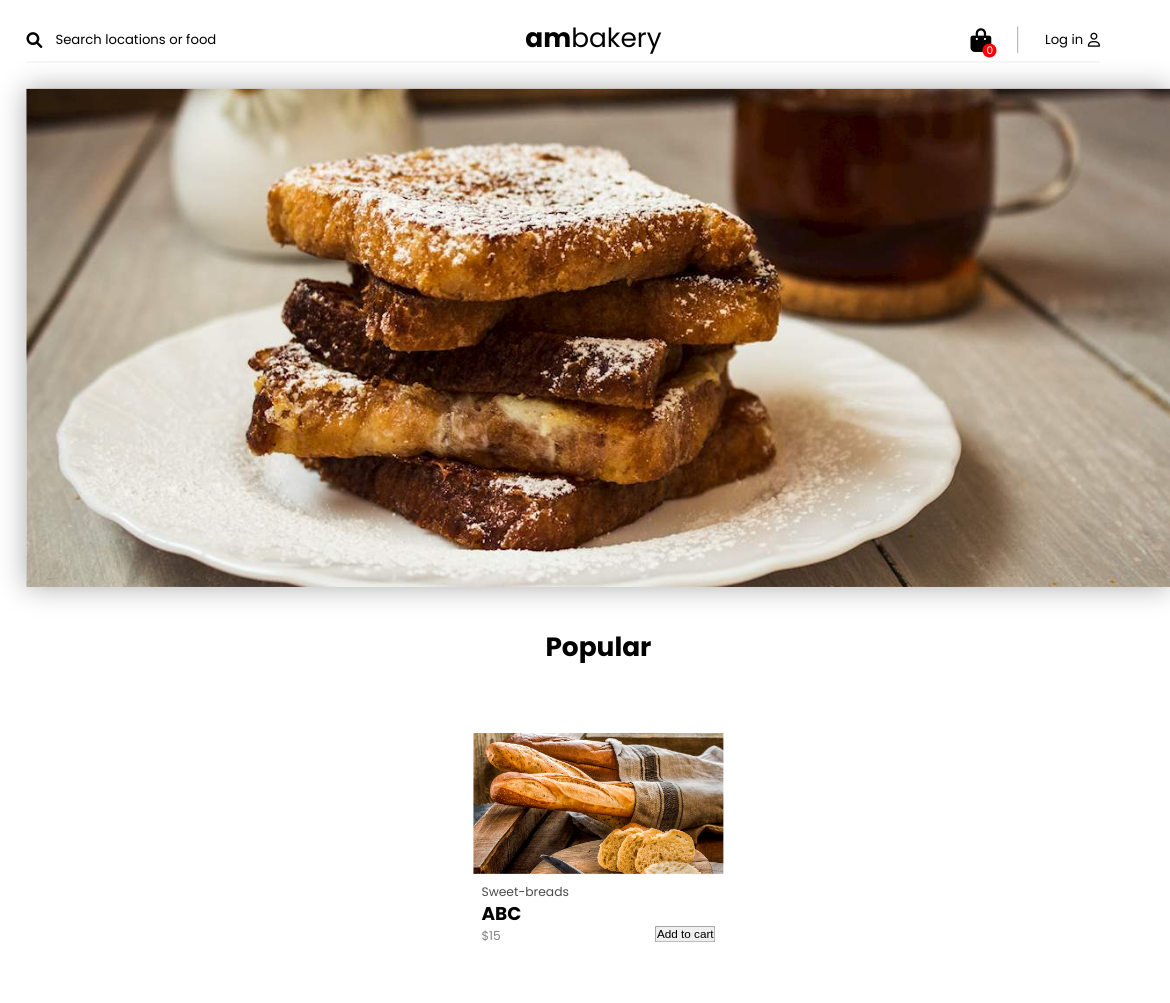
Repository: ntsanq/AmBakery
Page: khachhang/index.html
An editor plug-in stored every save of this project. The page is shown before and after the next save, followed by the edit.
The browser window is 1280 px wide. The page is 1330 px wide, so the pictures cover 1330 px, including what lies to the right of the window. The pictures show the whole page, at 88% of full size.

Above is the page before, as saved 2021-12-11 15:34:56.

After the next save:
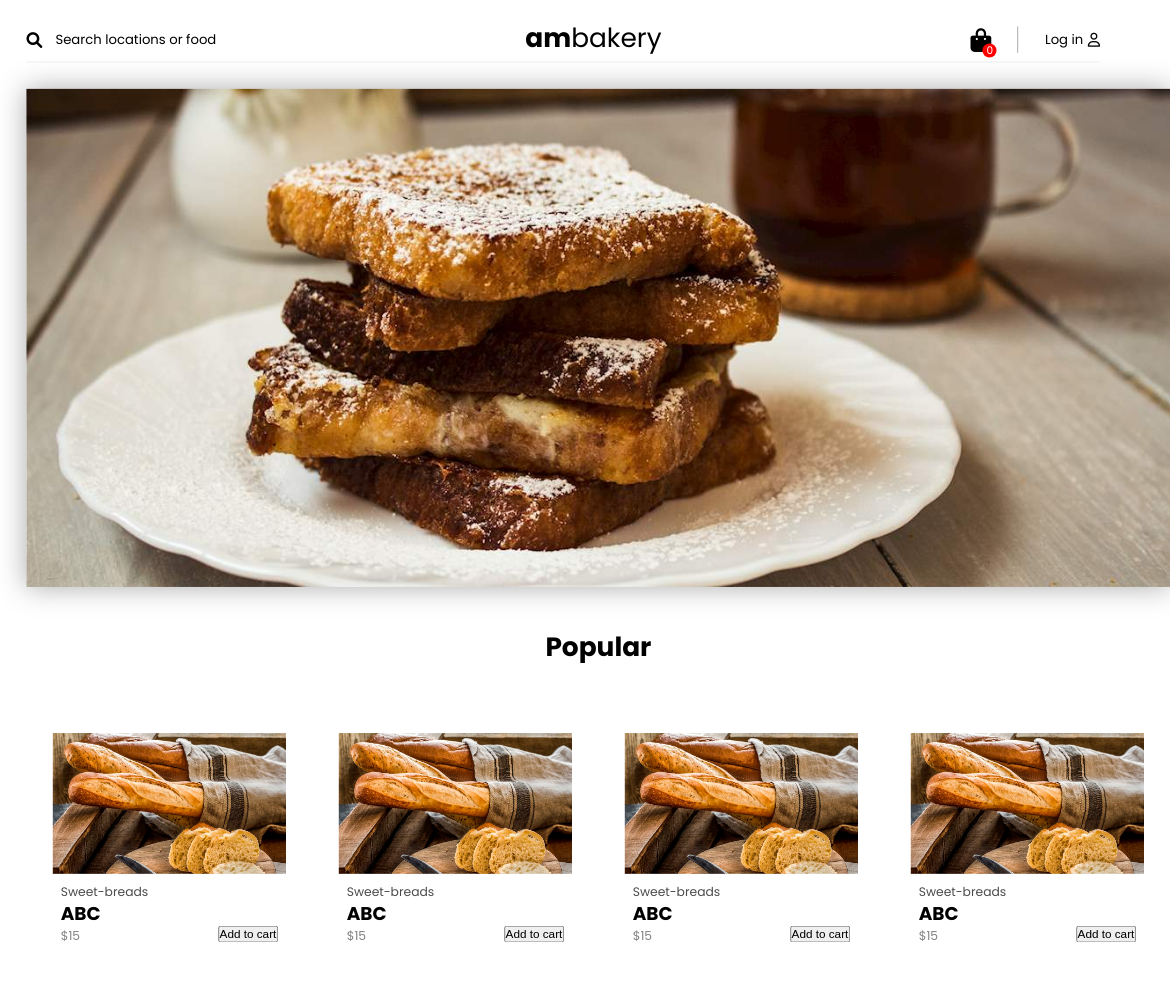
Saved 29 s later.
--- a/khachhang/index.html
+++ b/khachhang/index.html
@@ -79,6 +79,84 @@
                 </div>
               </div>
             </div>
+            <div class="product__card">
+              <div class="product__card--body">
+                <div class="product__photo">
+                  <a href="#">
+                    <img src="img/product-1.jpg" alt="">
+                  </a>
+                </div>
+                <div class="product__info">
+                  <div class="product__info--text">
+                    <div class="group">
+                      <a href="#">Sweet-breads</a>
+                    </div>
+                    <h2>
+                      <a href="">ABC</a>
+                    </h2>
+                    <div class="price">
+                      <span>$15</span>
+
+                    </div>
+                  </div>
+                  <div class="product__cart">
+                    <button class="product__cart--btn">Add to cart</button>
+                  </div>
+                </div>
+              </div>
+            </div>
+            <div class="product__card">
+              <div class="product__card--body">
+                <div class="product__photo">
+                  <a href="#">
+                    <img src="img/product-1.jpg" alt="">
+                  </a>
+                </div>
+                <div class="product__info">
+                  <div class="product__info--text">
+                    <div class="group">
+                      <a href="#">Sweet-breads</a>
+                    </div>
+                    <h2>
+                      <a href="">ABC</a>
+                    </h2>
+                    <div class="price">
+                      <span>$15</span>
+
+                    </div>
+                  </div>
+                  <div class="product__cart">
+                    <button class="product__cart--btn">Add to cart</button>
+                  </div>
+                </div>
+              </div>
+            </div>
+            <div class="product__card">
+              <div class="product__card--body">
+                <div class="product__photo">
+                  <a href="#">
+                    <img src="img/product-1.jpg" alt="">
+                  </a>
+                </div>
+                <div class="product__info">
+                  <div class="product__info--text">
+                    <div class="group">
+                      <a href="#">Sweet-breads</a>
+                    </div>
+                    <h2>
+                      <a href="">ABC</a>
+                    </h2>
+                    <div class="price">
+                      <span>$15</span>
+
+                    </div>
+                  </div>
+                  <div class="product__cart">
+                    <button class="product__cart--btn">Add to cart</button>
+                  </div>
+                </div>
+              </div>
+            </div>
           </div>
         </div>
       </main>
